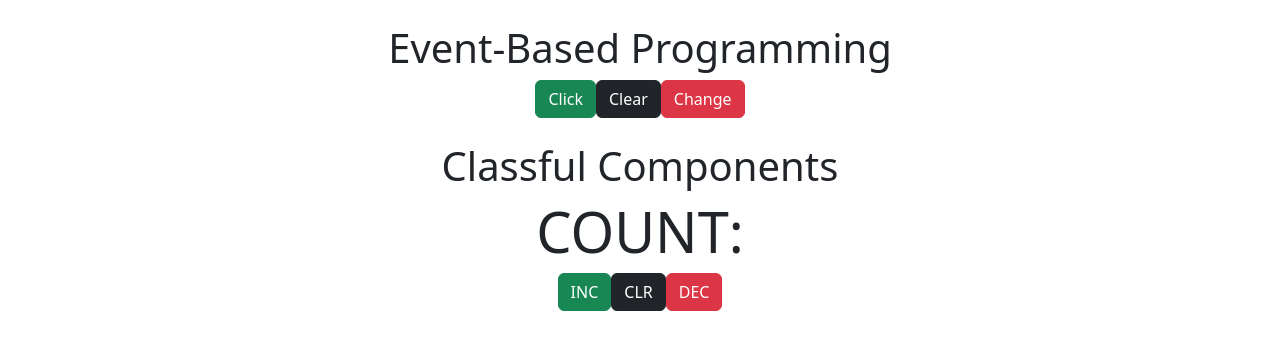
Repository: sedat-akdogan/React_Revision
Page: / (app in sunday/)
These files come from the project's save history. The page is drawn as it stood at one moment and after a run of saves; the edit follows.
The browser window is 1280 px wide. The pictures show the whole page.
The project was rebuilt for these pictures with package versions that can differ from the ones it lists, and the page was loaded fresh each time.

Above is the page before, as saved 2023-04-01 02:20:26.

### sunday/src/index.js
import React from 'react';
import ReactDOM from 'react-dom/client';
import App from './App';
import 'bootstrap/dist/css/bootstrap.min.css';

const root = ReactDOM.createRoot(document.getElementById('root'));
root.render(<App />);

### sunday/src/App.js
import React from 'react';
import Events from './components/1-events/Events';
import Counter from './components/2-classComponents/Counter';


function App() {
    return (
        <div>
            <Events />
            <Counter />
        </div>
    );
}

export default App;

### sunday/src/components/1-events/Events.jsx
const Events = () => {
    let message = "Event-Based Programming";
    const handleClick = () => {
        alert("Button Clicked");
    }

    const handleClear = (msg) => {
        alert(msg);
    }

    const handleChange = (event) => {
        console.log(event.target);
    }

    return (
        <div className='container text-center mt-4'>
            <h1>{message}</h1>
            <button
                onClick={handleClick} className='btn btn-success'>
                Click
            </button>

            <button
            onClick={() => handleClear("Clear Button Clicked")}
            className="btn btn-dark">
                Clear
            </button>

            <button onclick={handleChange} className="btn btn-danger">
                Change
            </button>
        </div>
    );
};

export default Events;

### sunday/src/components/2-classComponents/Counter.jsx

import { Component } from 'react';

class Counter extends Component {

    constructor(props) {
        super(props)

        this.state = {
            count: 0,
        };
    }


    render() {
        return (
            <div className='container text-center mt-4'>
                <h1>Classful Components</h1>
                <h2 className='display-4 text-denger'>COUNT: {}</h2>
                <button className='btn btn-success'>INC</button>
                <button className="btn btn-dark">CLR</button>
                <button className="btn btn-danger">DEC</button>
            </div>
        );
    }
}

export default Counter;

Loaded but not shown: sunday/public/index.html (common file)

After the next 3 saves:
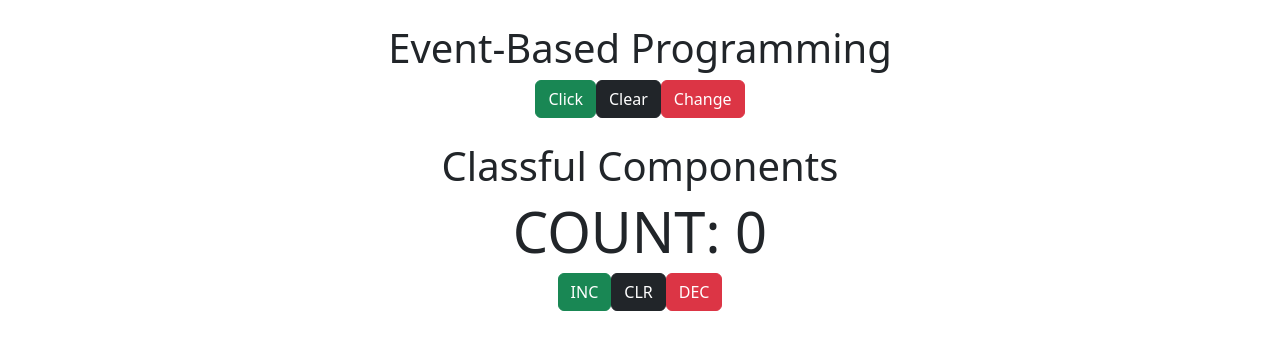
The 3 saves are shown as one change because they came seconds apart.
The last was saved 13 s later.
--- a/sunday/src/components/2-classComponents/Counter.jsx
+++ b/sunday/src/components/2-classComponents/Counter.jsx
@@ -16,7 +16,7 @@ class Counter extends Component {
         return (
             <div className='container text-center mt-4'>
                 <h1>Classful Components</h1>
-                <h2 className='display-4 text-denger'>COUNT: {}</h2>
+                <h2 className='display-4 text-denger'>COUNT: {this.state.count}</h2>
                 <button className='btn btn-success'>INC</button>
                 <button className="btn btn-dark">CLR</button>
                 <button className="btn btn-danger">DEC</button>
